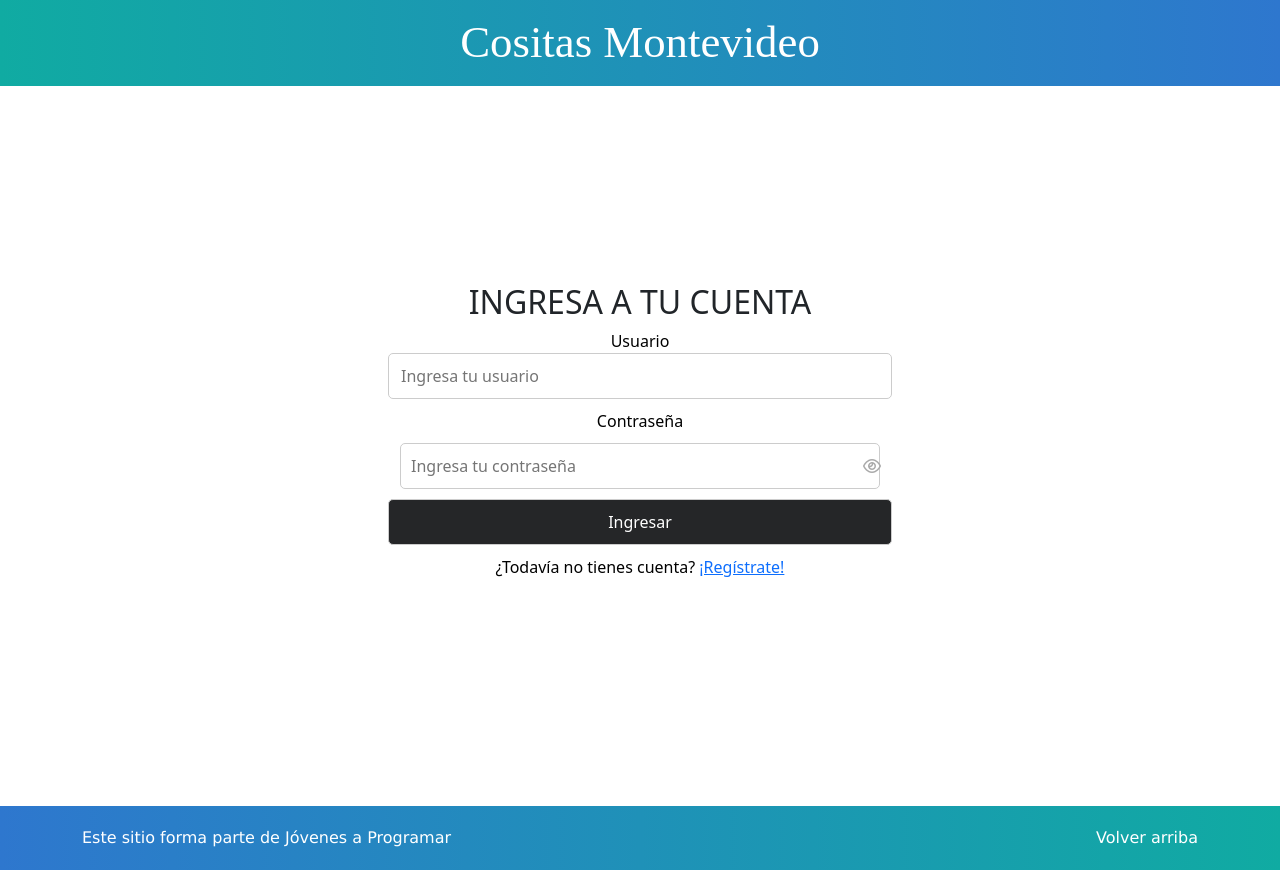
Repository: naticab/proyecto-dw
Page: login.html
These files come from the project's save history. The page is drawn as it stood at one moment and after the next save; the edit follows.
The browser window is 1280 px wide. The pictures show the whole page.
Some web fonts or font styles are not loaded; a fallback is used.

Above is the page before, as saved 2024-10-22 22:30:26.

### login.html
<!DOCTYPE html>
<html lang="es">

<head>
  <meta charset="UTF-8">
  <meta name="viewport" content="width=device-width, initial-scale=1, shrink-to-fit=no">
  <title>eMercado - Todo lo que busques está aquí</title>

  <link href="https://fonts.googleapis.com/css?family=Raleway:300,300i,400,400i,700,700i,900,900i" rel="stylesheet">
  <link href="css/bootstrap.min.css" rel="stylesheet">
  <link href="https://cdn.jsdelivr.net/npm/bootstrap@5.3.0/dist/css/bootstrap.min.css" rel="stylesheet">
  <link href="https://cdn.jsdelivr.net/npm/@fortawesome/fontawesome-free/css/all.min.css" rel="stylesheet">
  <link href="css/styles.css" rel="stylesheet" type="text/css">
  <link rel="stylesheet" href="css/login.css" type="text/css">
  <link href="css/header-and-footer.css" rel="stylesheet">
  <link href="https://fonts.googleapis.com/css2?family=Love+Ya+Like+A+Sister&display=swap" rel="stylesheet">
</head>

<body>

  <header>
    <div class="header-container">
      <h1>Cositas Montevideo</h1>
    </div>
  </header>


  <main>
    <div class="login-container">
      <h2 id="login-heading">INGRESA A TU CUENTA</h2>
      <form method="post" class="row" id="myForm">
        <label for="username">Usuario</label>
        <input type="text" id="username" name="username" placeholder="Ingresa tu usuario">

        <label for="password">Contraseña</label>
        <div class="password-container">
          <input type="password" id="password" name="password" placeholder="Ingresa tu contraseña">
          <i class="far fa-eye" id="togglePassword"></i>
        </div>

        <button type="submit" id="button">Ingresar</button>
        <br><br>
        <div>¿Todavía no tienes cuenta? <a href="registration.html">¡Regístrate!</a></div>
      </form>
    </div>


  </main>

  <footer class="text-center py-2">
    <div class="container">
      <div class="footer-content">
        <p class="footer-text">Este sitio forma parte de <a class="footer-link" href="https://jovenesaprogramar.edu.uy/"
            target="_blank">Jóvenes a Programar</a></p>
        <p class="footer-link-end">
          <a class="footer-link" href="#">Volver arriba</a>
        </p>
      </div>
    </div>
  </footer>

  <script src="js/login.js"></script>
</body>

</html>

### css/styles.css
.jumbotron,
.card-body,
.container,
.site-header {
  font-family: 'Verdana', serif !important;
}

.row {
  color: black;
}

#login-heading {
  font-size: 2rem;
}

.jumbotron .display-4 {
  font-weight: bold;
}

h2 {
  font-size: 2rem;
}

nav a {
  text-decoration: none;
}

.bd-placeholder-img {
  font-size: 1.125rem;
  text-anchor: middle;
  -webkit-user-select: none;
  -moz-user-select: none;
  -ms-user-select: none;
  user-select: none;
}

@media (min-width: 768px) {
  .bd-placeholder-img-lg {
    font-size: 3.5rem;
  }
}

.jumbotron {
  height: 50vh;
  padding: 5em inherit;
  margin-bottom: 0;
  background-color: #53C0FB;
  background: url('../img/cover_back.png');
  background-size: cover;
  background-position: center;
  background-repeat: no-repeat;
  color: black;
  font-weight: bold;
}

@media (min-width: 768px) {
  .jumbotron {
    padding-top: 6rem;
    padding-bottom: 6rem;
  }
}

.jumbotron p:last-child {
  margin-bottom: 0;
}

.jumbotron-heading {
  font-weight: 300;
}

.jumbotron .container {
  max-width: 40rem;
  background-color: rgba(255, 255, 255, 0.5);
  border-radius: 10px;
  text-shadow: 1px 1px 2px grey;
}

.jumbotron .lead {
  font-size: 38px;
}

.dropzone {
  border: 2px dashed #0087F7;
  border-radius: 5px;
  background: white;
}

.img-fit {
  max-height: 100%;
}

.alert {
  position: fixed;
  top: 80px;
  width: 50%;
  left: 50%;
  transform: translate(-50%, 0);
}

.lds-ring {
  display: inline-block;
  position: relative;
  width: 64px;
  height: 64px;
  top: 50%;
  left: 50%;
}

.cursor-active {
  cursor: pointer;
}

.left {
  float: left;
  padding: 4px;
  background-color: rgba(255, 255, 255, 0.5);
}

.lds-ring div {
  box-sizing: border-box;
  display: block;
  position: absolute;
  width: 51px;
  height: 51px;
  margin: 6px;
  border: 6px solid #fff;
  border-radius: 50%;
  animation: lds-ring 1.2s cubic-bezier(0.5, 0, 0.5, 1) infinite;
  border-color: #fff transparent transparent transparent;
}

.lds-ring div:nth-child(1) {
  animation-delay: -0.45s;
}

.lds-ring div:nth-child(2) {
  animation-delay: -0.3s;
}

.lds-ring div:nth-child(3) {
  animation-delay: -0.15s;
}

@keyframes lds-ring {
  0% {
    transform: rotate(0deg);
  }

  100% {
    transform: rotate(360deg);
  }
}

.signin {
  width: 100%;
  max-width: 330px;
  padding: 15px;
  margin: auto;
}

#spinner-wrapper {
  position: fixed;
  background-color: rgba(0, 0, 0, 0.5);
  width: 100%;
  height: 100%;
  top: 0;
  left: 0;
  z-index: 1021;
  display: none;
}

/* main {
  min-height: calc(100vh - 210px);
} */

a.custom-card,
a.custom-card:hover {
  color: inherit;
  text-decoration: inherit;
}

.checked {
  color: orange;
}

### css/login.css
/* body {
    display: flex;
    flex-direction: column;
    margin: 0;
    padding: 0;
} */

main {
    display: flex;
    justify-content: center;
    align-items: center;
}


.login-container {
    width: 30em;
    text-align: center;
}

input, button {
    width: 100%;
    padding: 10px;
    margin: 10px 0;
    border-radius: 5px;
    border: 1px solid #ccc;
}

button {
    width: 50%;
    background-color: #252628;
    color: white;
    cursor: pointer;
}

button:hover {
    background-color: #3f3f3f;
}


.password-container {
    position: relative;
}

.password-container i {
    position: absolute;
    right: 10px;
    top: 50%;
    transform: translateY(-50%);
    cursor: pointer;
    color: #aaa;
}


header {
    background: #121219;
    color: #fff;
    width: 100%;
    display: flex;
    justify-content: center;
    align-items: center;
    padding: 1rem 0;
    box-sizing: border-box; /* Asegúrate de que el padding no afecte el ancho total */
    margin: 0;
}

.header-container {
    width: 100%;
    text-align: center;
}

h1 {
    font-family: "Love Ya Like A Sister", cursive;
    margin: 0;
}


@media (max-width: 768px) {
    .login-container {
        width: 25em;
    }
}

@media (max-width: 576px) {

    body {
        background-color: #AAA8A4;
    }

    .login-container {
        width: 20em;
        padding: 15px;
    }

    button {
        width: 50%;
    }

    input {
        margin: 5px 0;
    }

    footer {
        visibility: hidden;
    }
}

### css/header-and-footer.css
header {
    background: linear-gradient(to right, #10ABA2, #2E77CE);
    color: #fff;
    position: relative;
}

h1 {
    font-family: "Love Ya Like A Sister", cursive;
    font-size: 2.8rem;
}

a#inicio {
    color: #f1f1f1;
    text-decoration: none;
}

a#inicio:hover {
    color: white;
    transition: color 0.3s, text-shadow 0.3s;
}

.subtitulos-header {
    font-size: 1.2rem;
}

a.nav-link {
    color: #f1f1f1;
}

a.nav-link:hover {
    color: #9b9a9b;
    transition: color 0.3s, text-shadow 0.3s;
    transform: scale(1.05);
}

/* Espaciado entre los elementos del menú */
.navbar-nav .nav-item {
    margin-right: 40px;
}

.navbar-nav .nav-item:last-child {
    margin-right: 0;
    /* Quitar margen derecho al último elemento */
}

#user-name.nav-link {
    color: #f1f1f1;
}

#user-name.nav-link:hover {
    color: #9b9a9b;
    transform: scale(1.05);
    transition: color 0.3s, text-shadow 0.3s;
}

.navbar-collapse {
    justify-content: flex-end;
}

.navbar-toggler:hover {
    cursor: pointer;
}


.user-avatar {
    border-radius: 50%;
    width: 50px;
    height: 50px;
}

.user-avatar:hover {
    transform: scale(1.10);
    transition: 0.3s;
}

.navbar-nav .dropdown-menu {
    background: linear-gradient(to right, #10ABA2, #2E77CE);
    border: none;
}

.navbar-nav .dropdown-menu:hover {
    cursor: pointer;
    color: #9b9a9b;
    transition: color 0.3s, text-shadow 0.3s;
}

.dropdown-toggle::after {
    display: none;
}

.navbar-nav .nav-link {
    display: flex;
    align-items: center;
    height: 100%;
    padding: 0.5rem 0;
}



/* Modo Claroscuro */

/* Modo Claro */
body.light-mode {
    background-color: #edf2f374;
}

body.light-mode .product-card:hover {
    box-shadow: 0 4px 8px #16161633;
    background-color: #bef3ff91;
    cursor: pointer;
}

body.light-mode .related-products:hover {
    box-shadow: #00000033;
    background-color: #bef3ff91;
    cursor: pointer;
}



/* Modo Oscuro */
body.dark-mode {
    background-color: #262729;
    color: rgb(208, 208, 208);
}

body.dark-mode .product-card:hover {
    box-shadow: 0 4px 8px #16161633;
    background-color: #bef3ff;
    cursor: pointer;
}

body.dark-mode .related-products:hover {
    box-shadow: #00000033;
    background-color: #bef3ff;
    cursor: pointer;
}

body.dark-mode .color-letters {
    color: white;
}


/* Palanca para activar el claroscuro */

#mode-toggle {
    border: none;
    outline: none;
    box-shadow: none;
}

#mode-toggle i {
    transition: color 0.3s;
    font-size: 1.2rem;
    cursor: pointer;
    color: #ffffff;
}

#mode-toggle:hover {
    background: none;
    transform: scale(1.05);
}

#mode-toggle:hover .fa-sun {
    color: #ffd700;
}

#mode-toggle:hover .fa-moon {
    color: #000000;
}



/* Cart */

#cart-button {
    border: none;
    outline: none;
    box-shadow: none;
    background-color: transparent;
}

#cart-button i {
    transition: color 0.3s;
    font-size: 1.2rem;
    color: #ffffff;
}

#cart-button i:hover {
    color: #9B9A9B;
    transform: scale(1.05);
}




@media (max-width: 995px) {

    .hamburger {
        display: flex;
        flex-direction: row;
        align-items: center;
        justify-content: space-between;
    }

    .navbar-toggler {
        position: relative;
        right: 0;
    }

    .navbar-collapse {
        display: none;
        position: absolute;
        top: 148%;
        left: -45px;
        width: 270%;
        z-index: 999;
        flex-direction: column-reverse;
        align-items: center;
        justify-content: center;
    }

    .navbar-collapse.show {
        display: flex;
    }

    .navbar-nav {
        background: linear-gradient(to right, #10ABA2, #2E77CE);
        color: #fff;
        padding: 1.5rem;
        border-radius: 0 0 100px 100px;
        font-weight: bold;
        text-align: center;
        display: flex;
        justify-content: center;
        /* Centra horizontalmente todos los li */
        align-items: center;
        /* Centra verticalmente los li */
        width: 100%;
    }

    .navbar-toggler-icon {
        background-image: url('data:[embedded picture, 238 characters]');
        filter: brightness(0) invert(1);
        /* Cambia el icono a blanco */
    }

    .navbar-toggler:focus {
        outline: none;
        box-shadow: none;
    }


    .navbar-nav:hover {
        cursor: pointer;
    }

    a.nav-link:hover {
        color: #9b9a9b;
        transition: color 0.3s, text-shadow 0.3s;
        transform: scale(1.05);
    }

    .navbar-nav .nav-item {
        margin: 10px 0;
    }
}


footer {
    background: linear-gradient(to right, #2E77CE, #10ABA2);
    color: #fff;
    min-height: 4rem;
    display: flex;
    justify-content: center;
    align-items: center;
    padding: 0 1rem;
}

.container {
    width: 100%;
}

.footer-content {
    display: flex;
    justify-content: space-between;
    width: 100%;
    align-items: center;
}

.footer-text {
    margin: 0;
    text-align: center;
}

.footer-link-end {
    margin: 0;
    text-align: right;
}

.footer-link {
    color: #fff;
    text-decoration: none;
}

.footer-link:hover {
    color: #9b9a9b;
    transition: color 0.3s, text-shadow 0.3s;
    transform: scale(1.05);
}


/* Menú desplegable del usuario */

@media (max-width: 995px) {
    .navbar-nav .dropdown-menu {
        width: auto;
        min-width: 150px;
        max-width: 200px;
        left: 0;
        right: auto;
        top: 100%;
        position: relative;
        z-index: 1000;
    }

    .dropdown-menu>li {
        padding: 0.05rem;

    }

    .dropdown-item {
        width: 100%;
        white-space: normal;
    }
}

main {
    min-height: 100vh;
    /* El contenido ocupará al menos el 100% de la altura de la ventana */
    padding-bottom: 30px;
    /* Da espacio suficiente para que el contenido no se superponga con el footer */
    box-sizing: border-box;
}

### js/login.js
document.getElementById('togglePassword').addEventListener('click', function () {
    const passwordField = document.getElementById('password');
    const type = passwordField.getAttribute('type') === 'password' ? 'text' : 'password';
    passwordField.setAttribute('type', type);

    this.classList.toggle('fa-eye-slash');
});

Loaded but not shown: css/bootstrap.min.css (library)

After the next save:
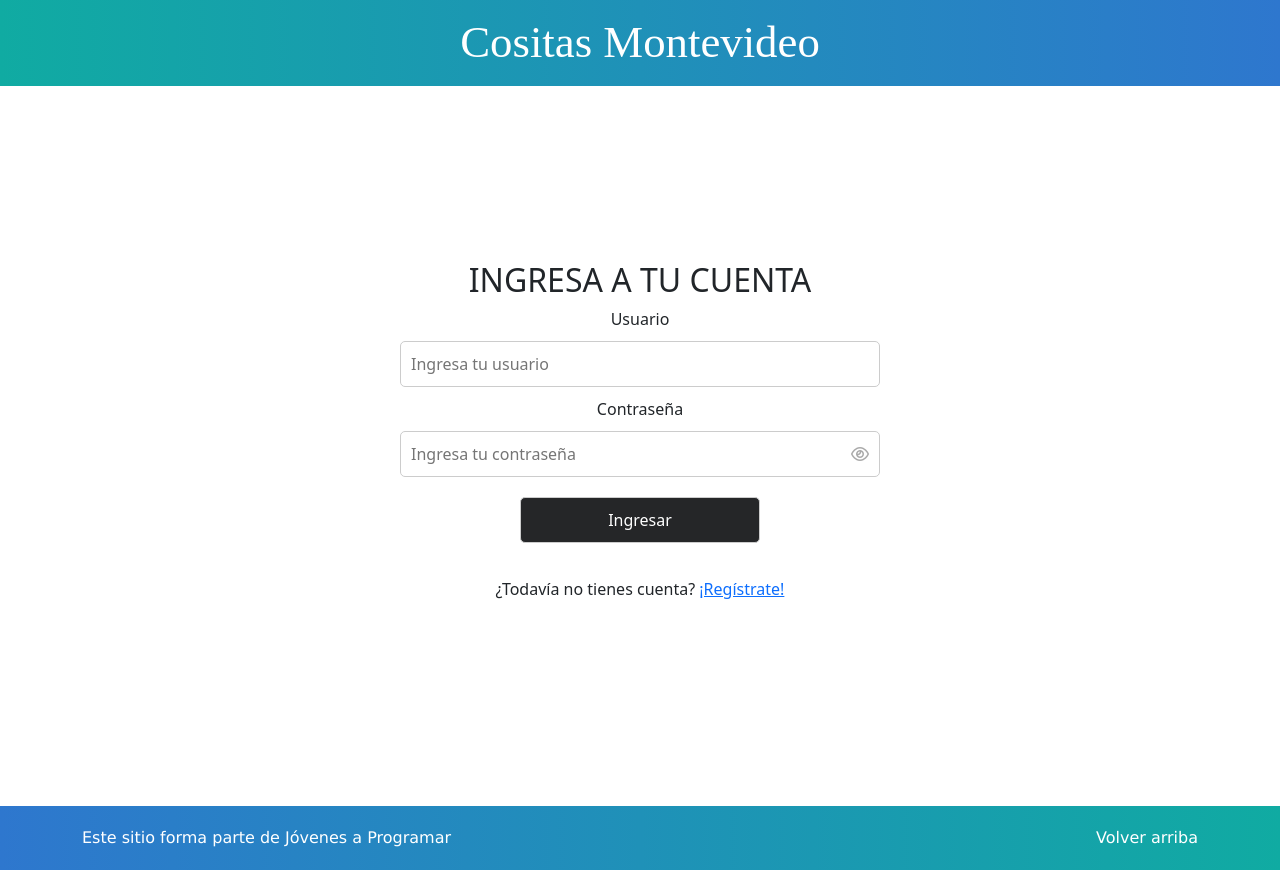
Saved 9 s later.
--- a/login.html
+++ b/login.html
@@ -20,28 +20,28 @@
 
   <header>
     <div class="header-container">
-      <h1>Cositas Montevideo</h1>
+        <h1>Cositas Montevideo</h1>
     </div>
-  </header>
+</header>
 
 
   <main>
     <div class="login-container">
       <h2 id="login-heading">INGRESA A TU CUENTA</h2>
-      <form method="post" class="row" id="myForm">
-        <label for="username">Usuario</label>
-        <input type="text" id="username" name="username" placeholder="Ingresa tu usuario">
+      <form method="post" class="row" id="myForm"></form>
+      <label for="username">Usuario</label>
+      <input type="text" id="username" name="username" placeholder="Ingresa tu usuario">
 
-        <label for="password">Contraseña</label>
-        <div class="password-container">
-          <input type="password" id="password" name="password" placeholder="Ingresa tu contraseña">
-          <i class="far fa-eye" id="togglePassword"></i>
-        </div>
+      <label for="password">Contraseña</label>
+      <div class="password-container">
+        <input type="password" id="password" name="password" placeholder="Ingresa tu contraseña">
+        <i class="far fa-eye" id="togglePassword"></i>
+      </div>
 
-        <button type="submit" id="button">Ingresar</button>
-        <br><br>
-        <div>¿Todavía no tienes cuenta? <a href="registration.html">¡Regístrate!</a></div>
-      </form>
+      <button type="submit" id="button">Ingresar</button>
+<br><br>
+      <div>¿Todavía no tienes cuenta? <a href="registration.html">¡Regístrate!</a></div>
+
     </div>
 
 
